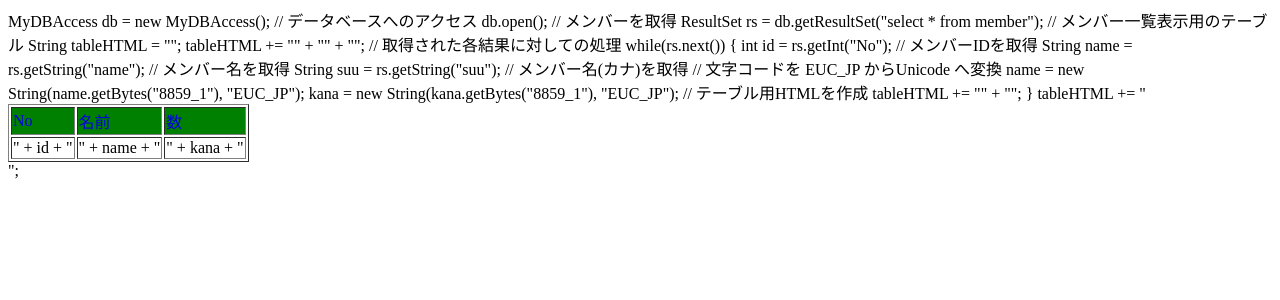
Repository: nathox/backup
Page: http://localhost/Aaaa/j.jsp
The author's editor kept a copy of each file at every save. The page is drawn from the files as they stood at one save, then again after the next save.
The browser window is 1280 px wide. The pictures show the whole page.
The page is served by Tomcat 9. Other server files are loaded and not shown.

Above is the page before, as saved 2018-02-05 08:46:56.

### Aaaa/WebContent/j.jsp
<%@ page language="java" contentType="text/html; charset=UTF-8"
    pageEncoding="UTF-8"%>
<!DOCTYPE html PUBLIC "-//W3C//DTD HTML 4.01 Transitional//EN" "http://www.w3.org/TR/html4/loose.dtd">
<html>
<head>
<meta http-equiv="Content-Type" content="text/html; charset=UTF-8">
<title>Insert title here</title>
</head>
<body>

MyDBAccess db = new MyDBAccess();

// データベースへのアクセス
db.open();

// メンバーを取得
ResultSet rs = db.getResultSet("select * from member");

// メンバー一覧表示用のテーブル
String tableHTML = "<table border=1>";
tableHTML += "<tr bgcolor=\"000080\"><td><font color=\"white\">No</font></td>"
    + "<td><font color=\"white\">名前</font></td>"
    + "<td><font color=\"white\">数</font></td>";

// 取得された各結果に対しての処理
while(rs.next()) {

    int id = rs.getInt("No"); // メンバーIDを取得
    String name = rs.getString("name"); // メンバー名を取得
    String suu = rs.getString("suu"); // メンバー名(カナ)を取得

    // 文字コードを EUC_JP からUnicode へ変換
    name = new String(name.getBytes("8859_1"), "EUC_JP");
    kana = new String(kana.getBytes("8859_1"), "EUC_JP");

    // テーブル用HTMLを作成
    tableHTML += "<tr><td align=\"right\">" + id + "</td>"
              + "<td>" + name + "</td><td>" + kana + "</td></tr>";
}

tableHTML += "</table>";














</body>
</html>

After the next save:
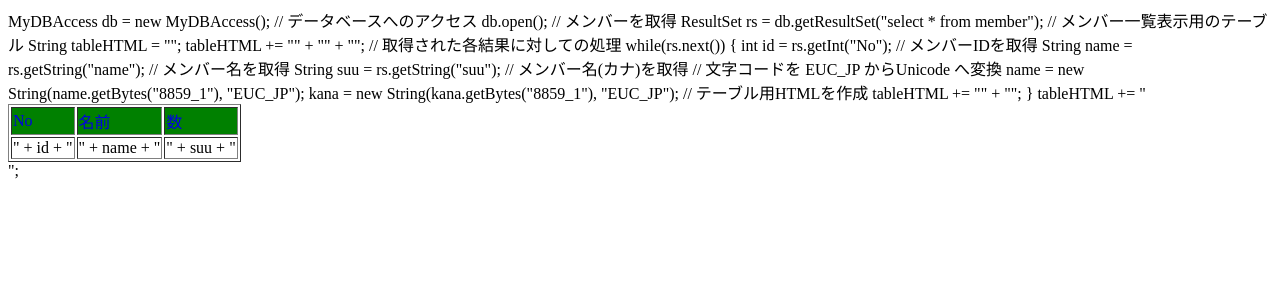
Saved 114 s later.
--- a/Aaaa/WebContent/j.jsp
+++ b/Aaaa/WebContent/j.jsp
@@ -35,7 +35,7 @@ while(rs.next()) {
 
     // テーブル用HTMLを作成
     tableHTML += "<tr><td align=\"right\">" + id + "</td>"
-              + "<td>" + name + "</td><td>" + kana + "</td></tr>";
+              + "<td>" + name + "</td><td>" + suu + "</td></tr>";
 }
 
 tableHTML += "</table>";
